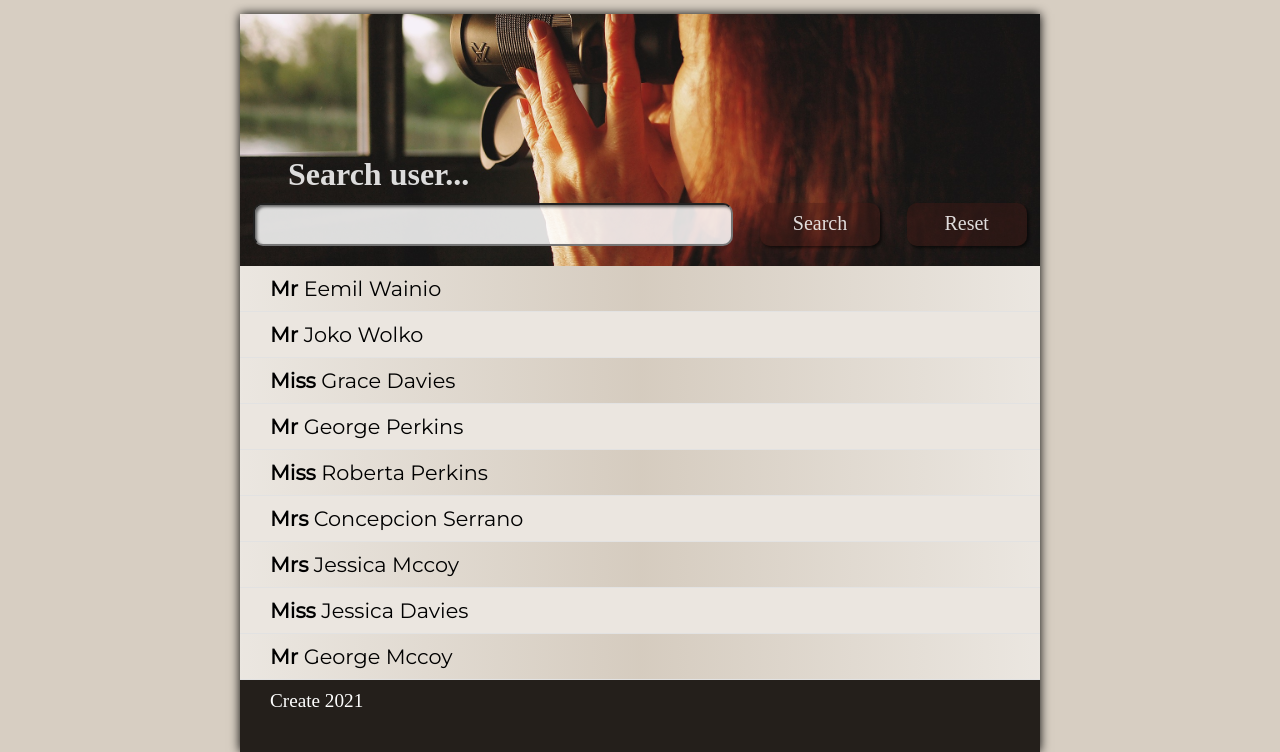
Repository: KrzysKolo/sr_tydzien5_zad4
Page: /
These files come from the project's save history. The page is drawn as it stood at one moment and after the next save; the edit follows.
The browser window is 1280 px wide. The pictures show the whole page.
Some web fonts or font styles are not loaded; a fallback is used. The project was rebuilt for these pictures with package versions that can differ from the ones it lists, and the page was loaded fresh each time.

Above is the page before, as saved 2021-01-03 14:54:18.

### public/index.html
<!DOCTYPE html>
<html lang="en">
  <head>
    <meta charset="utf-8" />
    <link rel="icon" href="%PUBLIC_URL%/favicon.ico" />
    <meta name="viewport" content="width=device-width, initial-scale=1" />
    <meta name="theme-color" content="#000000" />
    <meta
      name="description"
      content="Web site created using create-react-app"
    />
    <link rel="apple-touch-icon" href="%PUBLIC_URL%/logo192.png" />
    <!--
      manifest.json provides metadata used when your web app is installed on a
      user's mobile device or desktop. See https://developers.google.com/web/fundamentals/web-app-manifest/
    -->
    <link rel="manifest" href="%PUBLIC_URL%/manifest.json" />
    <!--
      Notice the use of %PUBLIC_URL% in the tags above.
      It will be replaced with the URL of the `public` folder during the build.
      Only files inside the `public` folder can be referenced from the HTML.

      Unlike "/favicon.ico" or "favicon.ico", "%PUBLIC_URL%/favicon.ico" will
      work correctly both with client-side routing and a non-root public URL.
      Learn how to configure a non-root public URL by running `npm run build`.
    -->
    <link rel="preconnect" href="https://fonts.gstatic.com">
<link href="https://fonts.googleapis.com/css2?family=Finger+Paint&family=Montserrat&family=Over+the+Rainbow&family=Peralta&display=swap" rel="stylesheet">
    <title>User search</title>
  </head>
  <body>
    <noscript>You need to enable JavaScript to run this app.</noscript>
    <div id="root"></div>
    <!--
      This HTML file is a template.
      If you open it directly in the browser, you will see an empty page.

      You can add webfonts, meta tags, or analytics to this file.
      The build step will place the bundled scripts into the <body> tag.

      To begin the development, run `npm start` or `yarn start`.
      To create a production bundle, use `npm run build` or `yarn build`.
    -->
  </body>
</html>

### src/App.js
import React from 'react';
import UsersContainer from './components/UsersContainer';
import Header from './components/Header';
import Footer from './components/Footer';
import './App.css';


const App = () => {

  return (
    <section>
      <Header />
      <UsersContainer/>
      <Footer />
    </section>
  )
}

export default App;

### src/components/UsersContainer.js
import React, { useState, useEffect } from 'react';


const UsersContainer = () => {

  const UsersAPI = '/users.json';

  const [ users, setUsers ] = useState([]);

  useEffect(() => {
    fetch(UsersAPI)
      .then(res => res.json())
      .then(data => {
        console.log(data.users);
        setUsers(data.users);
      })
    }, []);

    const user = users.map(user => (
      <li className="user" key={user.id}><b>{user.title}</b> {user.first} {user.last}</li>
    ))
    return (
        <ul>
					{user}
        </ul>
    )
}

export default UsersContainer;

### src/components/Header.js
import React from 'react';
import Button from './formComponents/Button';
const Header = () => {
    return (
        <div className="header__section">
            <h1 className="header__title">Search user...</h1>
            <form className="header__search-wrapper">
                <input className="header__search" type="text" />
                <Button values="Search" />
                <Button values="Reset" />
            </form>
        </div>
    )
}

export default Header;

### src/components/Footer.js
import React from 'react';

const Footer = () => {
    return (
        <div className="footer__wrapper">
           Create 2021
        </div>
    )
}

export default Footer;

### src/App.css
* {
  box-sizing: border-box;
  padding: 0;
  margin: 0;
}
body {
  height: 100vh;
  width: 100vw;
  background-color: rgba(206, 194, 179, 0.8);
}
section {
  margin: 2vh auto;
  width: 70%;
  max-width: 800px;
  display: flex;
  flex-direction: column;
  box-shadow: 0 0 10px #000;
}
.header__section {
  height: 35vh;
  background-image: url("./images/girl.jpg");
  background-position: center;
  background-size: cover;
  display: flex;
  flex-direction: column;
  justify-content: flex-end;
}
.header__title {
  font-size: 2rem;
  font-family: "Peralta", cursive;
  margin: 0 auto 10px 3rem;
  color: rgba(255, 255, 255, 0.85);
}
.header__search-wrapper {
  width: 100%;
  margin-bottom: 20px;
  display: flex;
  justify-content: space-around;
}
.header__search {
  padding: 8px 10px;
  width: 60%;
  border-radius: 10px;
  background-color: rgba(255, 255, 255, 0.85);
  box-shadow: inset 2px 2px 3px 0px rgba(0, 0, 0, 0.55);
  font-size: 20px;
}
.header__search-btn {
  background: rgba(71, 26, 20, 0.4);
  color: rgba(255, 255, 255, 0.85);
  width: 15%;
  border-radius: 10px;
  box-shadow: 2px 2px 3px 0px rgba(0, 0, 0, 0.55);
  font-size: 20px;
  text-align: center;
  line-height: 40px;
  transition: 0.2s all ease;
  cursor: pointer;
}
.header__search-btn:hover {
  background: rgba(65, 28, 24, 1);
}
.user {
  font-size: 1.3rem;
  font-family: "Montserrat", sans-serif;
  padding: 10px 30px;
  list-style: none;
  border-bottom: 1px solid rgb(226, 226, 226);
  background-color: rgba(255, 255, 255, 0.5);
}
.user:nth-child(odd) {
  background: linear-gradient(
    90deg,
    rgba(255, 255, 255, 0.5) 0%,
    rgba(206, 194, 179, 0.2) 50%,
    rgba(255, 255, 255, 0.5) 100%
  );
}
.footer__wrapper {
  background-color: rgb(36, 31, 27);
  color: white;
  font-size: 1.2rem;
  padding: 10px 30px;
  width: 100%;
  height: 10vh;
}

### src/components/formComponents/Button.js
import React from 'react';

const Button = ({ values }) => {
    return (
        <div className="header__search-btn">
            {values}
        </div>
    )
}

export default Button;

### public/users.json
{
    "users": [
      {
        "id": 1,
        "title": "Mr",
        "first": "Eemil",
        "last": "Wainio"
       },
      {
        "id": 2,
        "title": "Mr",
        "first": "Joko",
        "last": "Wolko"
      },
      {
        "id": 3,
        "title": "Miss",
        "first": "Grace",
        "last": "Davies"
      },
      {
        "id": 4,
        "title": "Mr ",
        "first": "George ",
        "last": "Perkins"
      },
      {
        "id": 5,
        "title": "Miss",
        "first": "Roberta ",
        "last": "Perkins"
      },
      {
        "id": 6,
        "title": "Mrs ",
        "first": "Concepcion ",
        "last": "Serrano"
      },
      {
        "id": 7,
        "title": "Mrs ",
        "first": "Jessica ",
        "last": "Mccoy"
      },
      {
        "id": 8,
        "title": "Miss",
        "first": "Jessica",
        "last": "Davies"
      },
      {
        "id": 9,
        "title": "Mr",
        "first": "George",
        "last": "Mccoy"
      }
    ]
  }

Loaded but not shown: src/index.js (common file)

After the next save:
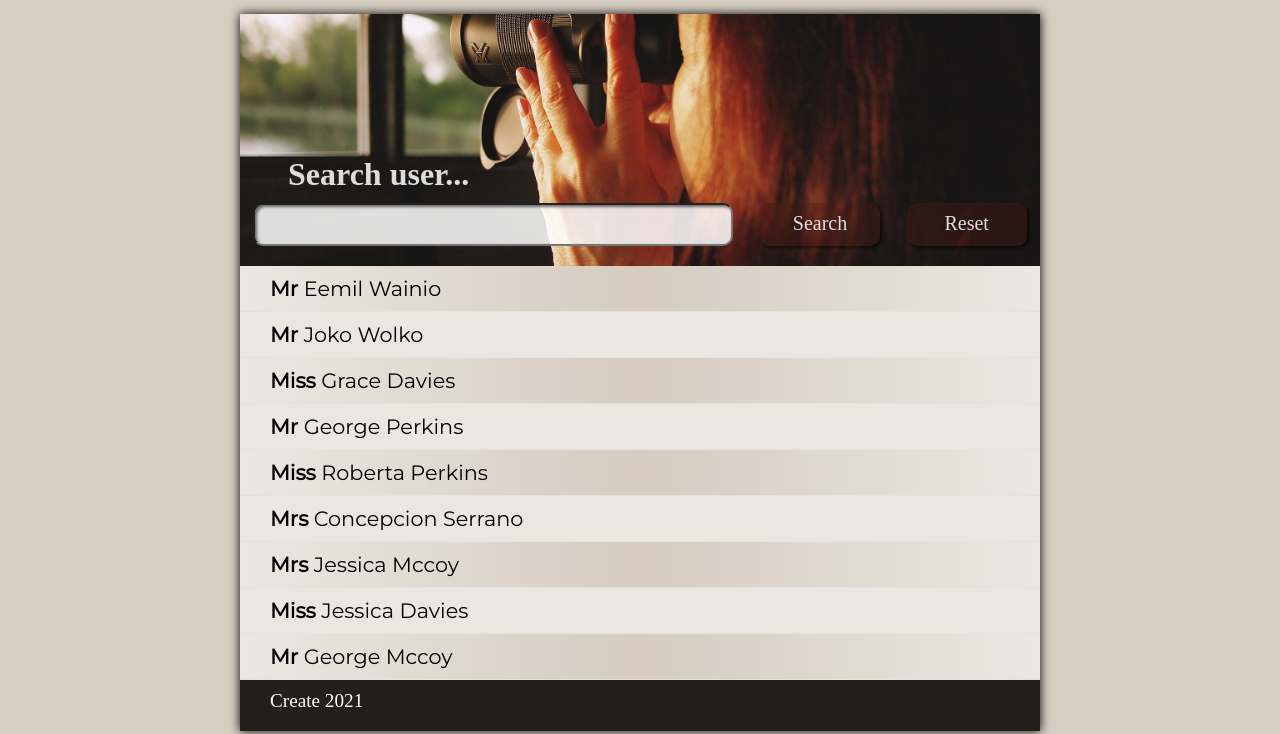
Saved 11 s later.
--- a/src/App.css
+++ b/src/App.css
@@ -82,5 +82,5 @@ section {
   font-size: 1.2rem;
   padding: 10px 30px;
   width: 100%;
-  height: 10vh;
+  height: 7vh;
 }
